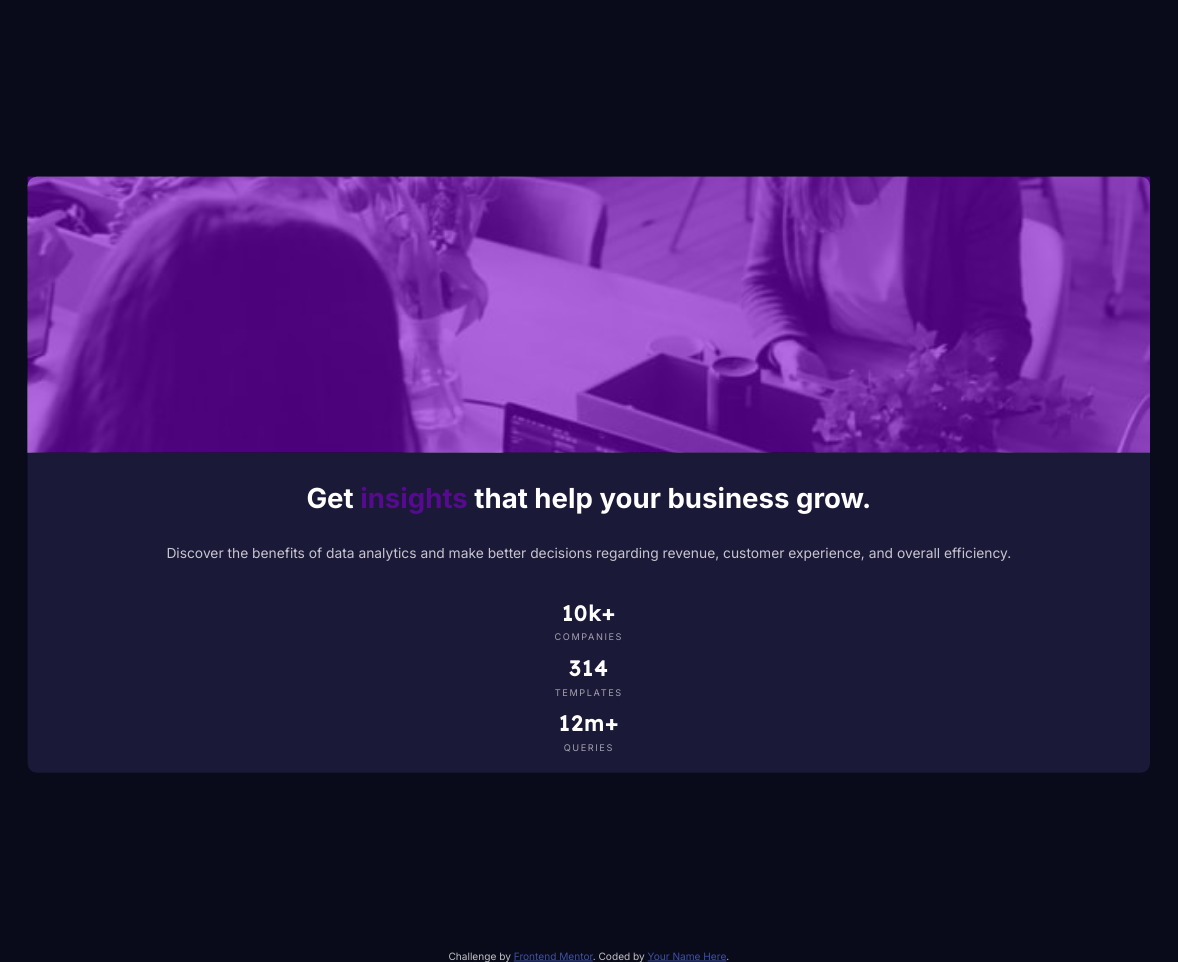
Repository: DejV44/stats-preview-card-component-main
Page: index.html
An editor plug-in stored every save of this project. The page is shown before and after the next save, followed by the edit.
The browser window is 1280 px wide. The pictures show the whole page, at 92% of full size.
The style sheet was rebuilt from its Sass, Less or Tailwind sources for each picture, by a compiler version that may differ from the author's.

Above is the page before, as saved 2021-07-05 23:01:36.

### index.html
<!DOCTYPE html>
<html lang="en">
<head>
  <meta charset="UTF-8">
  <meta name="viewport" content="width=device-width, initial-scale=1.0"> <!-- displays site properly based on user's device -->

  <link rel="icon" type="image/png" sizes="32x32" href="./images/favicon-32x32.png">
  <link rel="stylesheet" href="/css/style.css">


  <title>Frontend Mentor | Stats preview card component</title>
</head>
<body>
  <div class="container">
    <div class="picture">
      <div class="overlay"></div>
    </div>
    <div class="card">
      <h1>Get <span>insights</span> that help your business grow.</h1>

      <p>Discover the benefits of data analytics and make better decisions regarding revenue, customer
      experience, and overall efficiency.</p>

      <ul>
        <li><span>10k+</span> companies</li>
        <li><span>314</span> templates</li>
        <li><span>12m+</span> queries</li>
      </ul>
    </div>
  </div>


  <div class="attribution">
    Challenge by <a href="https://www.frontendmentor.io?ref=challenge" target="_blank">Frontend Mentor</a>.
    Coded by <a href="#">Your Name Here</a>.
  </div>
</body>
</html>

### css/style.scss
$mainBackground: hsl(233, 47%, 7%);
$cardBackground: hsl(244, 38%, 16%);
$accent: hsla(277, 100%, 40%, 0.589);

$mainHeading: hsl(0, 0%, 100%);
$mainParagraph: hsla(0, 0%, 100%, 0.75);
$statHeadings: hsla(0, 0%, 100%, 0.6);

@import url("https://fonts.googleapis.com/css2?family=Inter:wght@400;700&display=swap");

@import url("https://fonts.googleapis.com/css2?family=Lexend+Deca&display=swap");

* {
  margin: 0;
  padding: 0;
  box-sizing: border-box;
}

body {
  font-family: "Inter", sans-serif;
  font-size: 15px;
  background-color: $mainBackground;

  .container {
    margin: 15% 30px;
    border-radius: 10px;
    .picture {

      border-radius: 10px 10px 0 0;
      background: url("/images/image-header-mobile.jpg");
      background-position: center;
      background-size: cover;
      background-repeat: no-repeat;
      height: 300px;

      .overlay {
        background-color: $accent;
        background-size: cover;
        height: 300px;
      }
    }

    .card {
        border-radius: 0 0 10px 10px;
        background: $cardBackground;
        text-align: center;

        h1 {
            margin: 0 auto;
            padding: 30px 25px;
            color: $mainHeading;
            text-align: center;
            line-height: 1.3;
            span {
                color: $accent;
                line-height: 1.3;
            }
        }
        p {
          color: $mainParagraph;
          padding: 0 20px 20px 20px;
          margin-bottom: 15px;
        }

        ul {
          padding-bottom: 15px;
          font-size: 10px;
          letter-spacing: 1.7px;
          color: $statHeadings;
          li {
            list-style: none;
            text-transform: uppercase;
            padding: 7px 0;


            span {
              padding-bottom: 5px;
              display: block;
              text-transform: lowercase;
              font-family: "lexend Deca" ,sans-serif;
              font-weight: 700;
              font-size: 23px;
              color: $mainHeading;
            }
          }
        }
    }
  }

  .attribution {
    font-size: 11px;
    text-align: center;
    color: $mainParagraph;

    a {
      color: hsl(228, 45%, 44%);
    }
  }
}

@media (min-width:768px) {

}

After the next save:
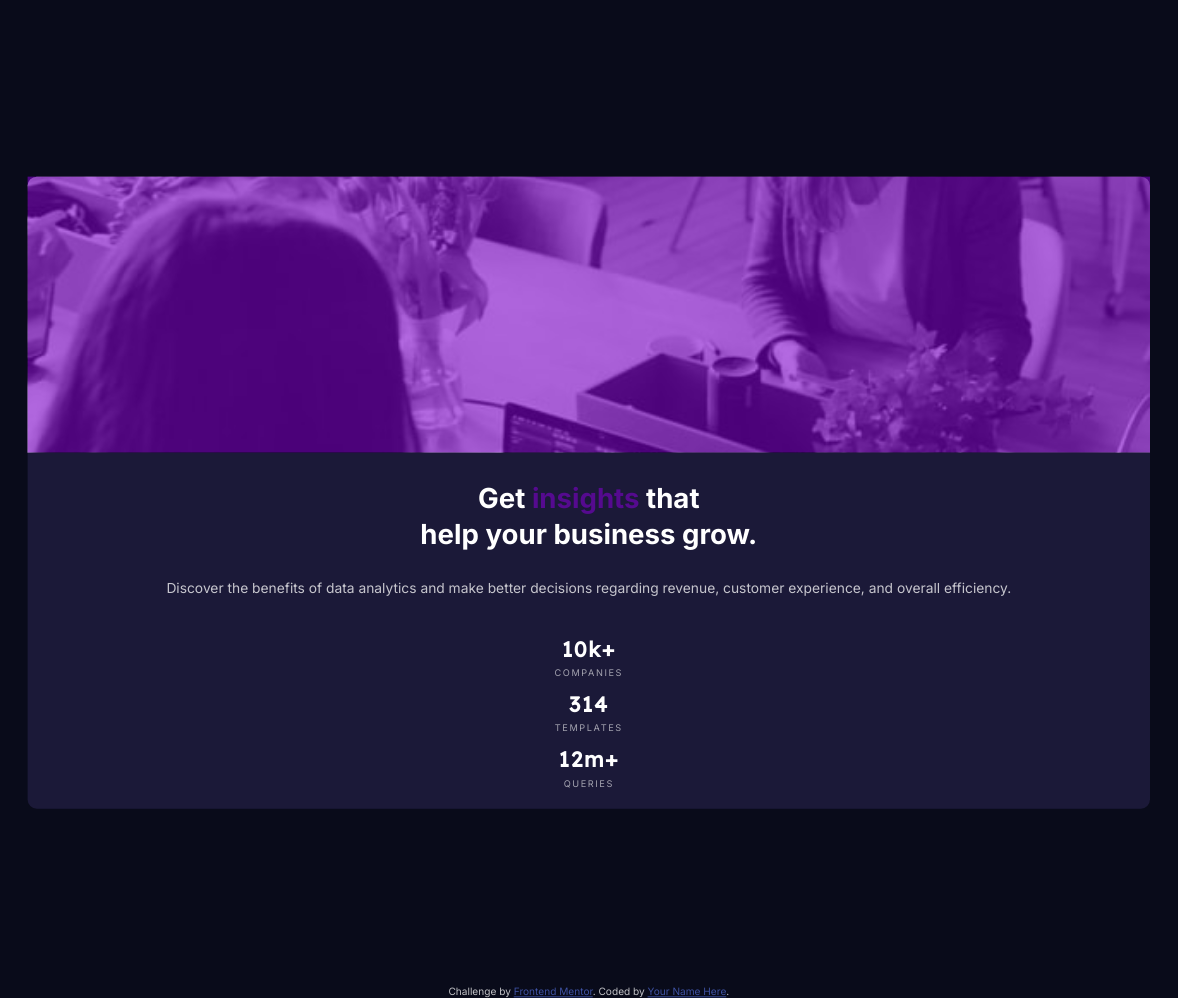
Saved 58 s later.
--- a/index.html
+++ b/index.html
@@ -16,7 +16,7 @@
       <div class="overlay"></div>
     </div>
     <div class="card">
-      <h1>Get <span>insights</span> that help your business grow.</h1>
+      <h1>Get <span>insights</span> that <br>help your business grow.</h1>
 
       <p>Discover the benefits of data analytics and make better decisions regarding revenue, customer
       experience, and overall efficiency.</p>
